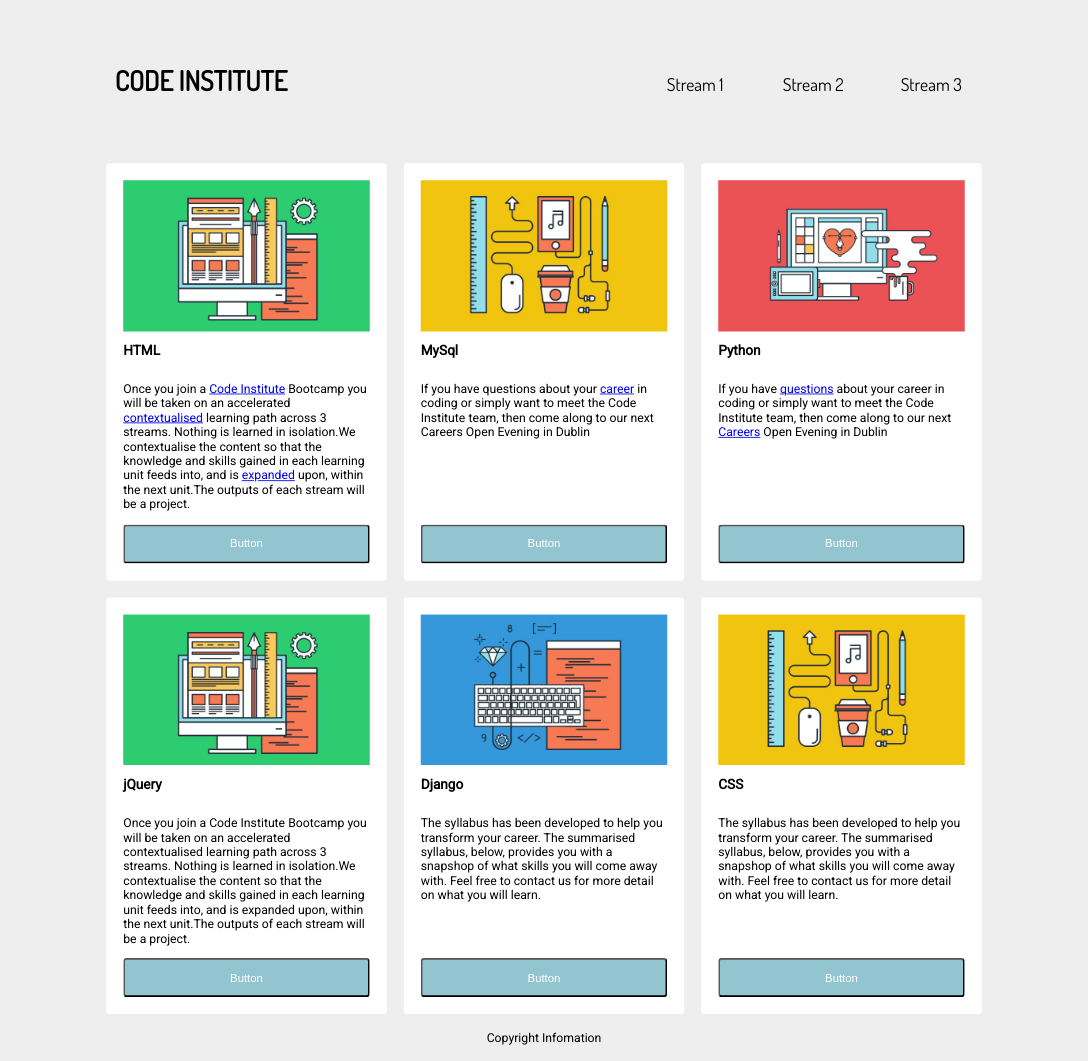
Repository: laurence100795/JQuery-Basics
Page: cards.html
The author's editor kept a record of every edit. The page is drawn from the files as they stood at one moment, then again after the next edit.
The browser window is 1280 px wide. The pictures show the whole page, at 85% of full size.
Some web libraries are served in a nearby version.

Above is the page before.

### cards.html
<!DOCTYPE html>
<html lang="en">

<head>
	<meta charset="UTF-8">
	<meta name="viewport" content="width=device-width, initial-scale=1">
	<title>jQuery</title>
	<link href="style.css" rel="stylesheet">
	<link href='https://fonts.googleapis.com/css?family=Roboto' rel='stylesheet' type='text/css'>
	<link href='https://fonts.googleapis.com/css?family=Dosis' rel='stylesheet' type='text/css'>
</head>

<body>
	<div id="container">
		<nav>
			<ul>
				<li id="logoNav">CODE INSTITUTE</li>
				<li id="stream1" class="stream-nav">Stream 1</li>
				<li id="stream2" class="stream-nav">Stream 2</li>
				<li id="stream3" class="stream-nav">Stream 3</li>
			</ul>
		</nav>
		<div class="card stream1-card">
			<img class="card_image" src="img/3.png" alt="coding icon">
			<div class="card_bottom">
				<h2 id="hl_html" class="card_head">HTML</h2>
				<p class="card_para">Once you join a <a href="#">Code Institute</a> Bootcamp you will be taken on an accelerated <a href="#">contextualised</a> learning path across 3 streams. Nothing is learned in isolation.We contextualise the content so that the knowledge and skills
					gained in each learning unit feeds into, and is <a href="#">expanded</a> upon, within the next unit.The outputs of each stream will be a project. </p>
				<button id="first_button" class="bottom_button">Button</button>
			</div>
		</div>
		<div class="card stream3-card">
			<img class="card_image" src="img/1.png" alt="coding icon">
			<h2 id="hl_mysql" class="card_head">MySql</h2>
			<p id="second_para" class="card_para">If you have questions about your <a href="#">career</a> in coding or simply want to meet the Code Institute team, then come along to our next Careers Open Evening in Dublin</p>
			<button id="second_button" class="bottom_button">Button</button>
		</div>

		<div class="card stream2-card">
			<img class="card_image" src="img/2.png" alt="coding icon">
			<h2 id="hl_python" class="card_head">Python</h2>
			<p id="third_para" class="card_para">If you have <a href="#">questions</a> about your career in coding or simply want to meet the  Code Institute team, then come along to our next <a href="#">Careers</a> Open Evening in Dublin</p>
			<button id="third_button" class="bottom_button">Button</button>
		</div>
		<div class="card stream1-card">
			<img class="card_image" src="img/3.png" alt="coding icon">
			<div class="card_bottom">
				<h2 id="hl_jquery" class="card_head">jQuery</h2>
				<p id="fourth_para" class="card_para">Once you join a Code Institute Bootcamp you will be taken on an accelerated contextualised learning path across 3 streams. Nothing is learned in isolation.We contextualise the content so that the knowledge and skills gained in each learning unit feeds
					into, and is expanded upon, within the next unit.The outputs of each stream will be a project. </p>
				<button id="fourth_button" class="bottom_button">Button</button>
			</div>
		</div>
		<div class="card stream3-card">
			<img class="card_image" src="img/4.png" alt="coding icon">
			<h2 id="hl_django" class="card_head">Django</h2>
			<p class="card_para">The syllabus has been developed to help you transform your career. The summarised syllabus, below, provides you with a snapshop of what skills you will come away with. Feel free to contact us for more detail on what you will learn.</p>
			<button href="" class="bottom_button">Button</button>
		</div>
		<div class="card stream1-card">
			<img class="card_image" src="img/1.png" alt="coding icon">
			<h2 id="hl_css" class="card_head">CSS</h2>
			<p class="card_para">The syllabus has been developed to help you transform your career. The summarised syllabus, below, provides you with a snapshop of what skills you will come away with. Feel free to contact us for more detail on what you will learn.</p>
			<button href="" class="bottom_button">Button</button>
		</div>
		<div id="my_footer">
			<p id="copyright">Copyright Infomation</p>
		</div>
	</div>
	<script src="https://code.jquery.com/jquery-3.2.1.js" integrity="sha256-DZAnKJ/6XZ9si04Hgrsxu/8s717jcIzLy3oi35EouyE=" crossorigin="anonymous"></script>
	<script src="script.js"></script>
	<!-- Scripts located at the bottom of the body to insure page is fully loaded before execution -->

</body>

</html>

### style.css
body {
	font-family: 'Roboto', sans-serif;
	/*background-image: url(img/code-institute.jpg);
 	background-size: cover;
 	color: #ffffff;*/
 	background-color: #eee;
}

h1{
	font-size: 3em;
	text-align: center;
}

h2 {
	font-size: 1em;
	text-align: left;
}

p {
	font-size: .9rem;
}

div {
	border-radius: 4px;
}

.card_image {
	width: 100%;
}

.bottom_button {
	display: flex;
	box-sizing:border-box;
	border-radius: 4px;
	display: block;
	width: 100%;
	background-color:rgba(129, 187, 201,.85);
	text-align: center;
	padding: 1em .75em;
	text-decoration: none;
	color: #fff;
}

.card_bottom {
	display: flex;
	flex-flow:column;
}

.card_head {
	flex:0;
}

.card_para {
	flex:1 0 auto;
}

#container {
	display: flex;		/* makes container a flexbox*/
	flex-flow: row wrap; 	/* layout the boxes in rows and wrap them*/
	box-sizing:border-box;
	margin-right:auto;
	margin-left:auto;
	max-width:1050px;
}

#logo {
	width: 800px;
	margin: auto;
}

.card {
	flex:1; /* */
	display: flex;	/* make the contents controllable by flexbox*/
	flex-flow:column;	/* */
	min-width: 240px; /**/
	margin: 10px;
	padding: 20px;
	background-color: #fff;
}

.highlight_stream {
	background-color: #EB5255;
}

.highlight_blue {
	color: lightblue;
}

.background_black{
	color: black;
}
#my_footer {
	width:100%;
	text-align: center;
}

#copyright {
	margin-top:10px;
	margin-bottom:10px;
}

/*************************
Navigation
**************************/

nav {
	font-family: roboto;
	background-color: #eee;
	margin: 30px auto;
	width: 100%;
}

ul {
	display: flex;
	justify-content:space-between;
	flex-flow: row;
	/*flex-flow: row-reverse;*/
	/*justify-content:flex-end;*/
	/*justify-content:space-around;*/
	/*align-items:flex-start;*/
	align-items:baseline;
	border-radius: 10px;
	list-style-type: none; /*Remove Bullets*/
	padding: 0;
}

li {
	flex:1;
	height: 30px;
	/*width:10%;*/
	/*border:2px solid #000;*/
	/*background-color: #81BBC9;*/
	/*border-radius: 10px;*/
	font-family: Dosis;
	padding:20px 20px 20px 20px;
	text-align: center;
	font-size: 1.3em;
}

#logoNav {
	flex:6;
	text-align: left;
	font-size: 2em;
	font-weight: bold;
}

.underline {
    text-decoration:underline;
}

.border {
    border: solid 5px #ccc;
}

@media screen and (max-width: 700px) {
	ul {
		flex-flow: column;
		align-items:center;
    }

	li {
		font-size: 2em;
	}
}

### script.js
$(document).ready(function() {
    /*$("#stream1_btn").mouseenter(function() {
        $(".stream1").removeClass('highlight_stream');
        $(".stream2").removeClass('highlight_stream');
        $(".stream3").removeClass('highlight_stream');
        $(".stream1").addClass('highlight_stream');
    });
    $("#stream2_btn").click(function() {
        $(".stream1").removeClass('highlight_stream');
        $(".stream2").removeClass('highlight_stream');
        $(".stream3").removeClass('highlight_stream');
        $(".stream2").addClass('highlight_stream');
    });
    $("#stream3_btn").on("click", function() {
        $(".stream1").removeClass('highlight_stream');
        $(".stream2").removeClass('highlight_stream');
        $(".stream3").removeClass('highlight_stream');
        $(".stream3").addClass('highlight_stream');
    });*/
    $("p").mouseenter(function() {
        $(".card_para").addClass("highlight_stream")
    });
    $("p").mouseleave(function() {
        $(".card_para").removeClass("highlight_stream")
    });
    $("#hl_html").hover(function() {
        $("#hl_mysql").removeClass("highlight_blue")
        $("#hl_python").removeClass("highlight_blue")
        $("#hl_css").removeClass("highlight_blue")
        $("#hl_django").removeClass("highlight_blue")
        $("#hl_jquery").removeClass("highlight_blue")
        $("#hl_html").addClass("highlight_blue")
    });
    $("#hl_mysql").hover(function() {
        $("#hl_html").removeClass("highlight_blue")
        $("#hl_python").removeClass("highlight_blue")
        $("#hl_css").removeClass("highlight_blue")
        $("#hl_django").removeClass("highlight_blue")
        $("#hl_jquery").removeClass("highlight_blue")
        $("#hl_mysql").addClass("highlight_blue")
    });
    $("#hl_python").hover(function() {
        $("#hl_html").removeClass("highlight_blue")
        $("#hl_mysql").removeClass("highlight_blue")
        $("#hl_css").removeClass("highlight_blue")
        $("#hl_django").removeClass("highlight_blue")
        $("#hl_jquery").removeClass("highlight_blue")
        $("#hl_python").addClass("highlight_blue")
    });
    $("#hl_css").hover(function() {
        $("#hl_html").removeClass("highlight_blue")
        $("#hl_mysql").removeClass("highlight_blue")
        $("#hl_python").removeClass("highlight_blue")
        $("#hl_django").removeClass("highlight_blue")
        $("#hl_jquery").removeClass("highlight_blue")
        $("#hl_css").addClass("highlight_blue")
    });
    $("#hl_django").hover(function() {
        $("#hl_html").removeClass("highlight_blue")
        $("#hl_mysql").removeClass("highlight_blue")
        $("#hl_python").removeClass("highlight_blue")
        $("#hl_css").removeClass("highlight_blue")
        $("#hl_jquery").removeClass("highlight_blue")
        $("#hl_django").addClass("highlight_blue")
    });
    $("#hl_jquery").hover(function() {
        $("#hl_html").removeClass("highlight_blue")
        $("#hl_mysql").removeClass("highlight_blue")
        $("#hl_python").removeClass("highlight_blue")
        $("#hl_css").removeClass("highlight_blue")
        $("#hl_django").removeClass("highlight_blue")
        $("#hl_jquery").addClass("highlight_blue")
    });
    $(".bottom_button").mouseenter(function() {
        $("body").css("background-color", "black")
    });
    $(".bottom_button").mouseleave(function() {
        $("body").css("background-color", "#eee123")
    });
    $("#first_button").click(function() {
        $("#first_button").hide("slow");
    });
    $("#second_button").click(function() {
        $("#second_para").toggle("slow");
    });
    $("#third_button").click(function() {
        $("#third_para").slideToggle("slow");
    });
    $("#fourth_button").mouseenter(function() {
        $("#fourth_button").fadeTo(1000, 0.5);
    });
    $("#fourth_button").mouseleave(function() {
        $("#fourth_button").fadeTo(1000, 1);
    });
});

After the next edit:
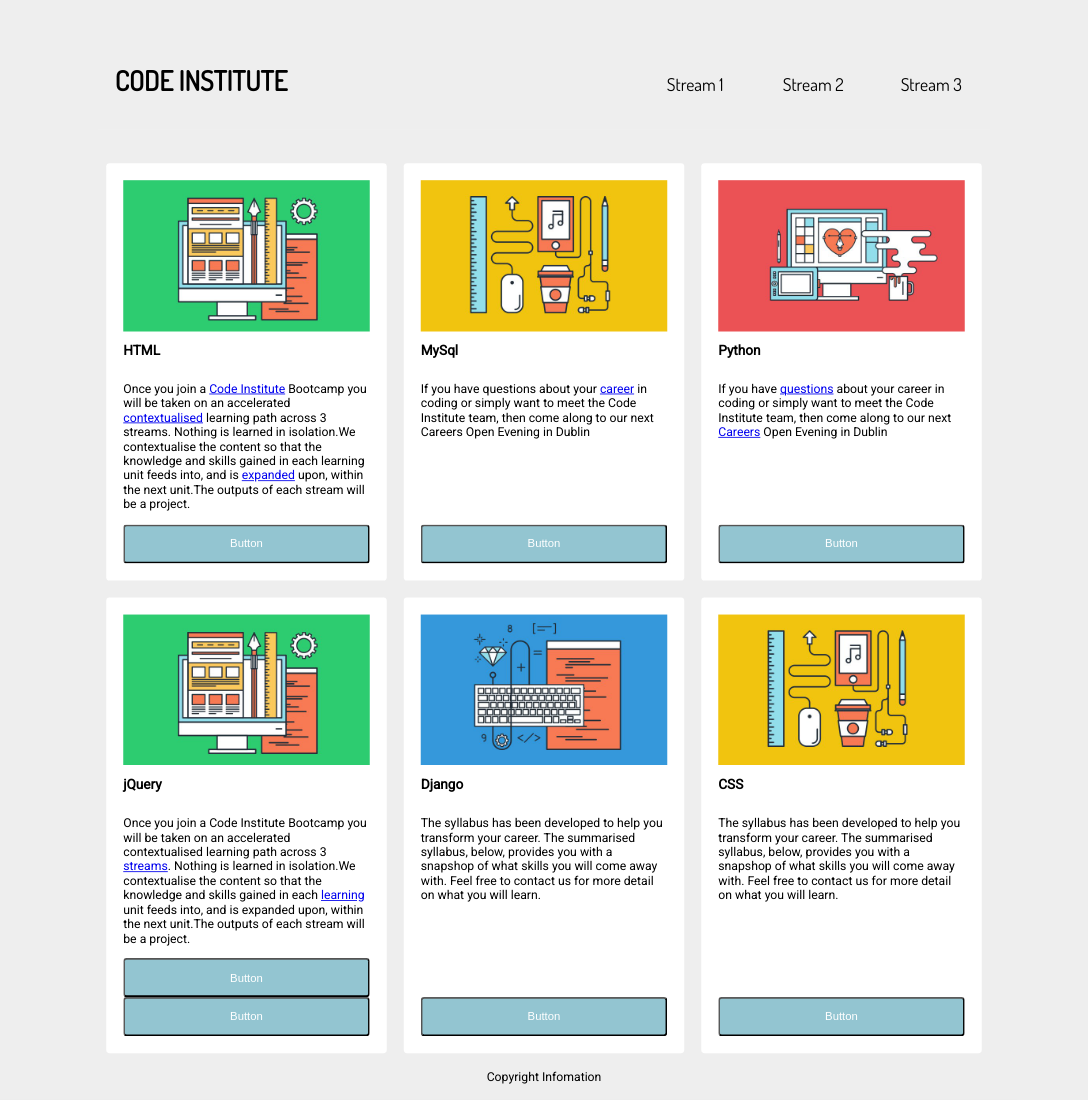
The edit:
--- a/cards.html
+++ b/cards.html
@@ -39,15 +39,16 @@
 		<div class="card stream2-card">
 			<img class="card_image" src="img/2.png" alt="coding icon">
 			<h2 id="hl_python" class="card_head">Python</h2>
-			<p id="third_para" class="card_para">If you have <a href="#">questions</a> about your career in coding or simply want to meet the  Code Institute team, then come along to our next <a href="#">Careers</a> Open Evening in Dublin</p>
+			<p id="third_para" class="card_para">If you have <a href="#">questions</a> about your career in coding or simply want to meet the Code Institute team, then come along to our next <a href="#">Careers</a> Open Evening in Dublin</p>
 			<button id="third_button" class="bottom_button">Button</button>
 		</div>
 		<div class="card stream1-card">
 			<img class="card_image" src="img/3.png" alt="coding icon">
 			<div class="card_bottom">
 				<h2 id="hl_jquery" class="card_head">jQuery</h2>
-				<p id="fourth_para" class="card_para">Once you join a Code Institute Bootcamp you will be taken on an accelerated contextualised learning path across 3 streams. Nothing is learned in isolation.We contextualise the content so that the knowledge and skills gained in each learning unit feeds
-					into, and is expanded upon, within the next unit.The outputs of each stream will be a project. </p>
+				<p id="fourth_para" class="card_para">Once you join a Code Institute Bootcamp you will be taken on an accelerated contextualised learning path across 3 <a href="#">streams</a>. Nothing is learned in isolation.We contextualise the content so that the knowledge and skills gained in each
+					<a href="#">learning</a> unit feeds into, and is expanded upon, within the next unit.The outputs of each stream will be a project. </p>
+				<button class="bottom_button">Button</button>
 				<button id="fourth_button" class="bottom_button">Button</button>
 			</div>
 		</div>
